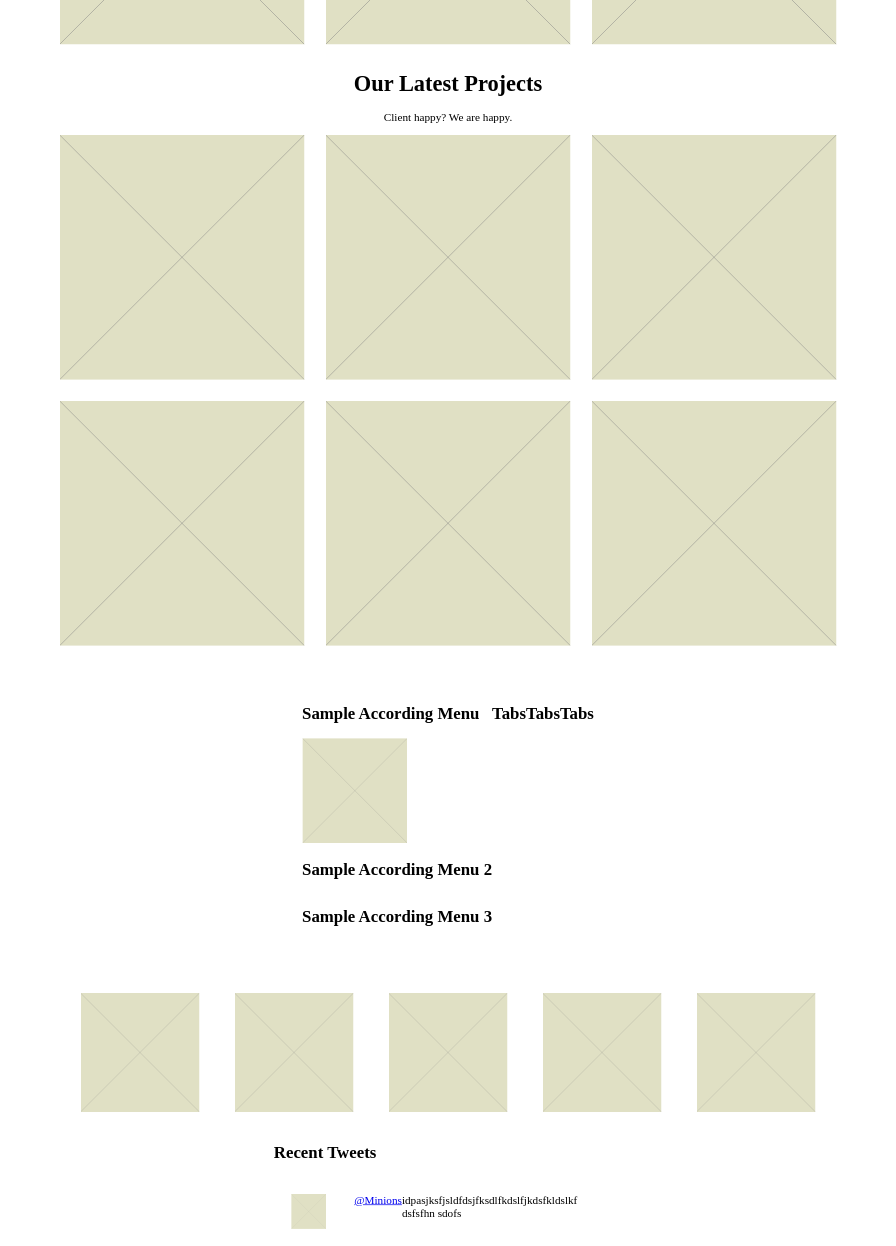
Repository: ReallyNguyen/responsive-web
Page: index.html
An editor plug-in stored every save of this project. The page is shown before and after the next save, followed by the edit.
The browser window is 1280 px wide. The pictures show the part of the page from y = 852 to 2772 px (the page is 2632 px tall before and 2772 px after), at 70% of full size.

Above is the page before, as saved 2023-01-25 21:43:15.

After the next save:
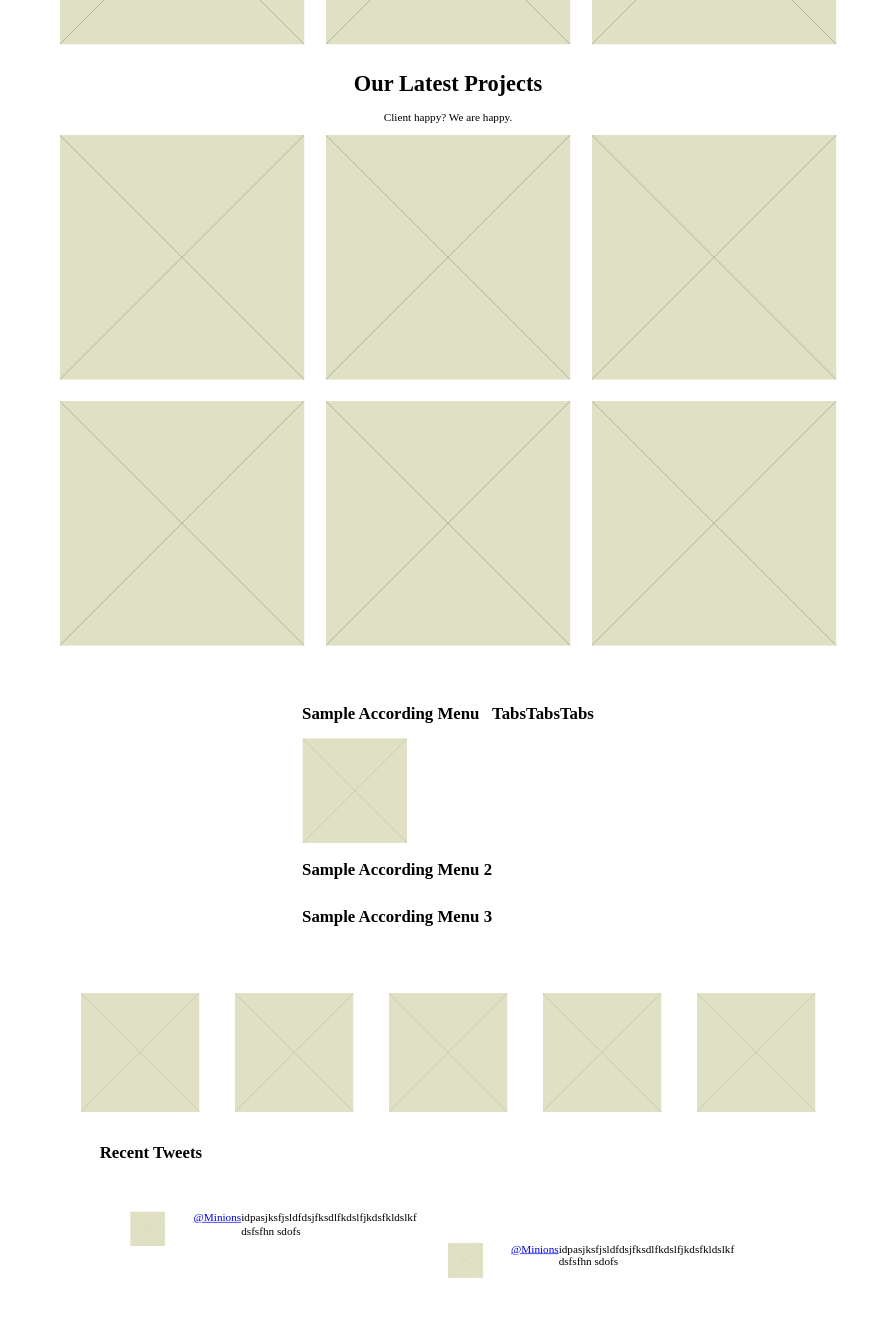
Saved 19 s later.
--- a/index.html
+++ b/index.html
@@ -170,6 +170,13 @@
             <a href="url"> @Minions </a>
             <p> idpasjksfjsldfdsjfksdlfkdslfjkdsfkldslkf dsfsfhn sdofs </p>
         </div>
+
+        <div class="social-box">
+          <img src="placeholder.svg" alt="" width="50" height="50">
+          <div class="social-text-box">
+            <a href="url"> @Minions </a>
+            <p> idpasjksfjsldfdsjfksdlfkdslfjkdsfkldslkf dsfsfhn sdofs </p>
+        </div>
         </div>
       </div>
 
